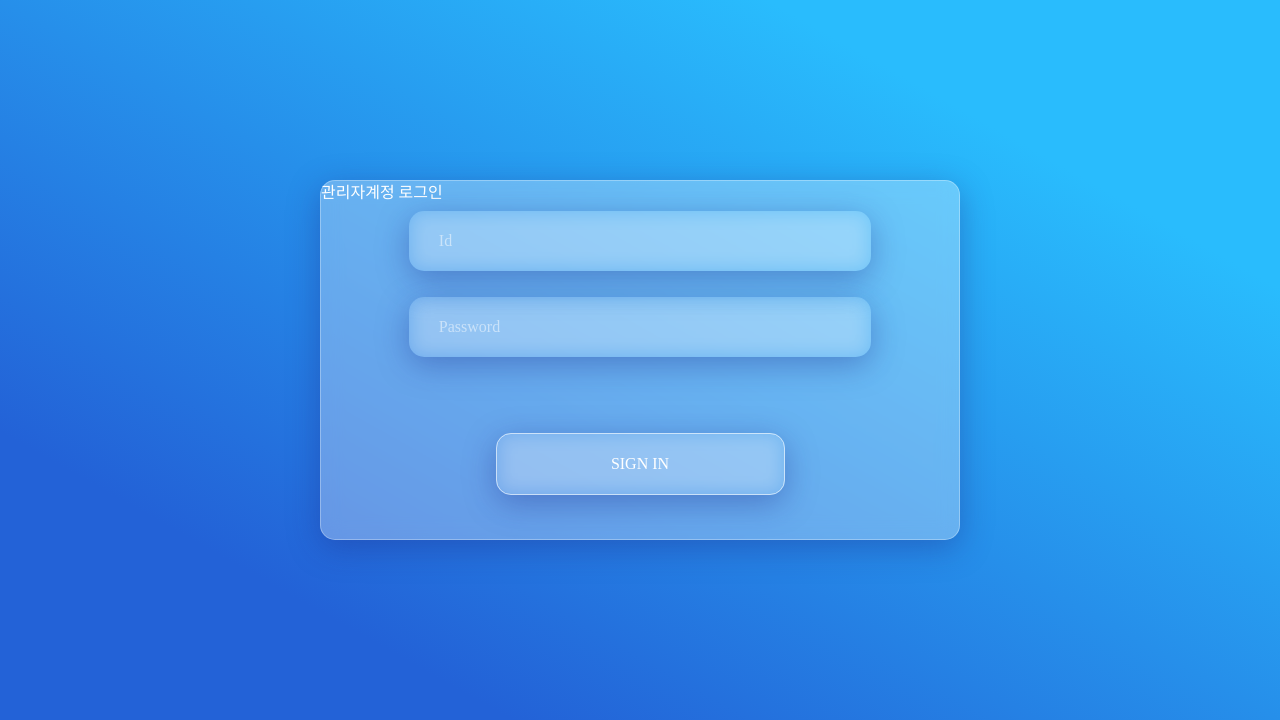
Repository: LEEYONGJUN3068/cms
Page: /login
An editor plug-in stored every save of this project. The page is shown before and after the next save, followed by the edit.
The browser window is 1280 px wide. The pictures show the whole page.
The page's requests for data from a server got no answer. The project was rebuilt for these pictures with package versions that can differ from the ones it lists, and the page was loaded fresh each time. The framework's server and built-in components were replaced by stand-ins that run in the browser. No one was signed in, and anything a server would have sent is missing. Also part of the build but not shown: next.config.mjs.

Above is the page before, as saved 2025-09-23 14:41:22.

### src/app/layout.js
import { Geist, Geist_Mono } from "next/font/google";
import "./globals.css";
import AppLoader from "@/components/AppLoader";
import "../styles/globals.scss";

const geistSans = Geist({
  variable: "--font-geist-sans",
  subsets: ["latin"],
});

const geistMono = Geist_Mono({
  variable: "--font-geist-mono",
  subsets: ["latin"],
});

export const metadata = {
  title: "Create Next App",
  description: "Generated by create next app",
  stylesheets: [
    {
      rel: 'stylesheet',
      as: 'style',
      crossOrigin: 'anonymous',
      href: 'https://cdn.jsdelivr.net/gh/orioncactus/pretendard@v1.3.9/dist/web/static/pretendard.min.css',
    },
  ],
};

export default function RootLayout({ children }) {
  return (
    <html lang="ko">
      <body
        className={`${geistSans.variable} ${geistMono.variable} antialiased`}
      >
        <AppLoader>{children}</AppLoader>
      </body>
    </html>
  );
}

### src/app/login/page.jsx
'use client'
import { useState } from 'react'
import { supabase } from '@/lib/supabaseClient'
import { useRouter } from 'next/navigation'
import styles from './login.module.scss'

export default function Login() {
  const [email,setEmail] = useState('')
  const [password,setPassword] = useState('')
  const router = useRouter()

  const handleLogin = async (e) => {
    e.preventDefault()
    const { data, error } = await supabase.auth.signInWithPassword({ email, password })
    if (error) alert(error.message)
    else router.push('/dashboard')
  }

  return (
    <div className={styles.loginContainer}>
      <div className={styles.form}>
        <h2>관리자계정 로그인</h2>
        <form onSubmit={handleLogin}>
          <input
            type="email"
            placeholder="Id"
            value={email}
            onChange={(e)=>setEmail(e.target.value)}
            required
            name='id'
          />
          <input
            type="password"
            placeholder="Password"
            value={password}
            onChange={(e)=>setPassword(e.target.value)}
            required
            name='pw'
          />
          <button type="submit" className={styles.loginBtn}>SIGN IN</button>
        </form>
      </div>
    </div>
  )
}

### src/app/globals.css
@import "tailwindcss";

:root {
  --background: #ffffff;
  --foreground: #171717;
}

@theme inline {
  --color-background: var(--background);
  --color-foreground: var(--foreground);
  --font-sans: var(--font-geist-sans);
  --font-mono: var(--font-geist-mono);
}

@media (prefers-color-scheme: dark) {
  :root {
    --background: #0a0a0a;
    --foreground: #ededed;
  }
}

body {
  background: var(--background);
  color: var(--foreground);
  font-family: 'Pretendard';
}

### src/components/AppLoader.jsx
"use client";

import { useState, useEffect } from "react";
import dynamic from 'next/dynamic'; // dynamic import 추가

// LoadingScreen 컴포넌트를 dynamic으로 불러오고, ssr을 false로 설정합니다.
// 이렇게 하면 이 컴포넌트는 오직 브라우저에서만 렌더링됩니다.
const LoadingScreen = dynamic(() => import('./LoadingScreen'), { ssr: false });

const AppLoader = ({ children }) => {
  const [loading, setLoading] = useState(true);

  useEffect(() => {
    const isFirstVisit = sessionStorage.getItem("isFirstVisit");

    if (isFirstVisit) {
      setLoading(false);
    } else {
      sessionStorage.setItem("isFirstVisit", "false");
      setTimeout(() => {
        setLoading(false);
      }, 3000);
    }
  }, []);

  return loading ? <LoadingScreen /> : <>{children}</>;
};

export default AppLoader;

### src/styles/globals.scss
button{
    &:hover{
        cursor: pointer;
    }
}

### src/app/login/login.module.scss
.loginContainer{
    background: linear-gradient(to bottom left, #29bcfd 20%, #2362d7 80%);
    width: 100%;
    height: 100vh;

    h2{
        position: absolute;
        left: 0;
        top: 0;
    }

    .form{
        position: absolute;
        left: 50%;
        top: 50%;
        transform: translate(-50%, -50%);
        width: 50%;
        height: 50vh;
        background: rgba(255, 255, 255, 0.3);
        backdrop-filter: blur(10px);
        -webkit-backdrop-filter: blur(10px); /* Safari 브라우저 지원 */
        border: 1px solid rgba(255, 255, 255, 0.3);
        box-shadow: 0 8px 32px 0 rgba(31, 38, 135, 0.37);
        border-radius: 15px;
        padding: 30px;
        color: white;

        input{
            width: 80%;
            height: 5vh;
            backdrop-filter: blur(10px);
            -webkit-backdrop-filter: blur(10px); /* Safari 브라우저 지원 */
            box-shadow: 0 8px 32px 0 rgba(31, 38, 135, 0.37);
            border-radius: 15px;
            padding: 30px;
            color: white;
            margin-bottom: 2vw;

            &:focus{
                outline: none;
            }
        }

        form{
            display: flex;
            flex-direction: column;
            justify-content: center;
            align-items: center;
        }

        .loginBtn{
            display: flex;
            align-items: center;
            justify-content: center;
            width: 50%;
            height: 5vh;
            backdrop-filter: blur(10px);
            -webkit-backdrop-filter: blur(10px); /* Safari 브라우저 지원 */
            border: 1px solid rgba(255, 255, 255, 0.6);
            box-shadow: 0 8px 32px 0 rgba(31, 38, 135, 0.37);
            border-radius: 15px;
            padding: 30px;
            font-weight: 500;
            color: white;
            margin-top: 4vw;

            &:hover{
                background-color: #fff;
                color: #2362d7;
                transition: all 0.5s;
            }
        }
    }
}

### src/components/LoadingScreen.jsx
"use client";

// lottie-react에서 Player를 가져옵니다.
import { Player } from "@lottiefiles/react-lottie-player";

const LoadingScreen = () => {
  return (
    <div style={{
      position: 'fixed',
      top: 0,
      left: 0,
      width: '100%',
      height: '100%',
      backgroundColor: '#000',
      display: 'flex',
      flexDirection: 'column',
      justifyContent: 'center',
      alignItems: 'center',
      zIndex: 9999,
    }}>
        <p style={{
            fontSize: 'clamp(0px, 5vw, 32px)',
            fontWeight: 'bold',
        }}>
          포트폴리오 화면을 구성중입니다
        </p>
        <Player
          autoplay
          loop
          src="https://lottie.host/dfe9ce55-f0b7-4bb0-bcd2-241897b61dec/JhkEyDhSuU.json"
          style={{ width: 'clamp(0px, 50vw, 300px)', height: 'auto' }}
        />
    </div>
  );
};

export default LoadingScreen;

Loaded but not shown: src/lib/supabaseClient.js (common file)

After the next save:
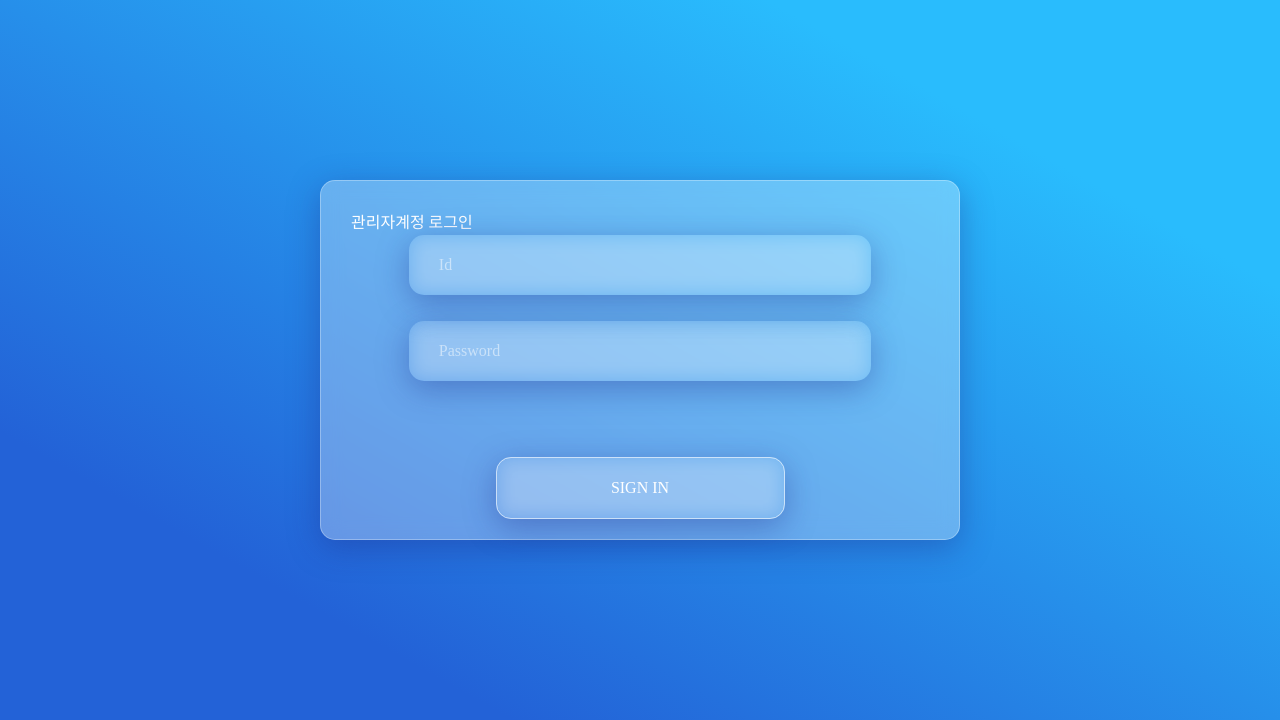
Saved 8 s later.
--- a/src/app/login/login.module.scss
+++ b/src/app/login/login.module.scss
@@ -4,9 +4,6 @@
     height: 100vh;
 
     h2{
-        position: absolute;
-        left: 0;
-        top: 0;
     }
 
     .form{
